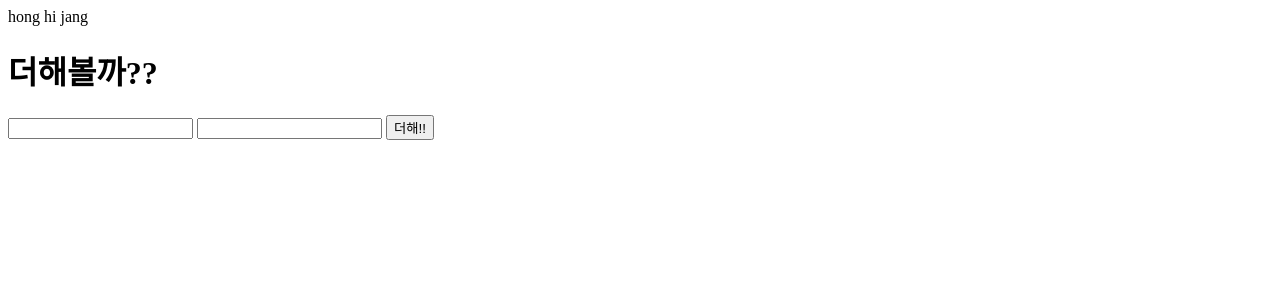
Repository: bgmun01/woorifisa_java
Page: http://localhost/web_day3/
An editor plug-in stored every save of this project. The page is shown before and after the next save, followed by the edit.
The browser window is 1280 px wide. The pictures show the whole page.
The page is served by Tomcat 9.

Above is the page before, as saved 2023-06-16 02:50:37.

After the next save:
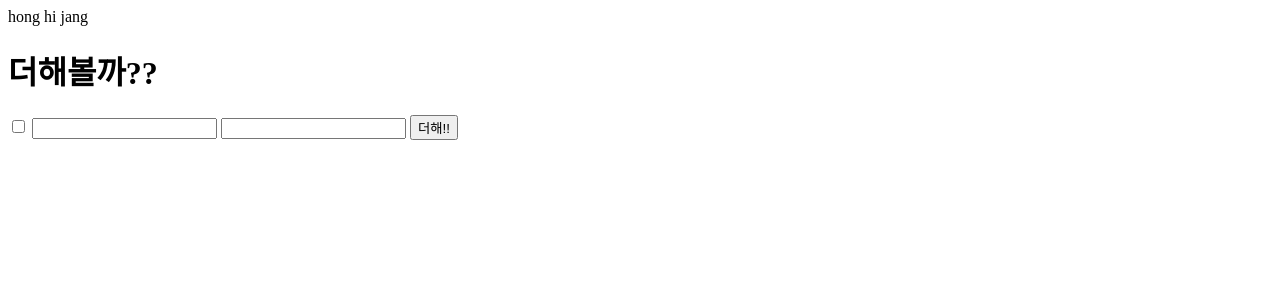
Saved 17 min 42 s later.
--- a/web_day3/src/main/webapp/index.jsp
+++ b/web_day3/src/main/webapp/index.jsp
@@ -26,6 +26,7 @@
 
 	<h1>더해볼까??</h1>
 	<form action = "/web_day3/Add" method="get">
+		<input type = "checkbox" name = "type" value = "forward">
 		<input name = "num1" type="text">
 		<input name = "num2" type="text">
 		<input type = "submit" value="더해!!">
